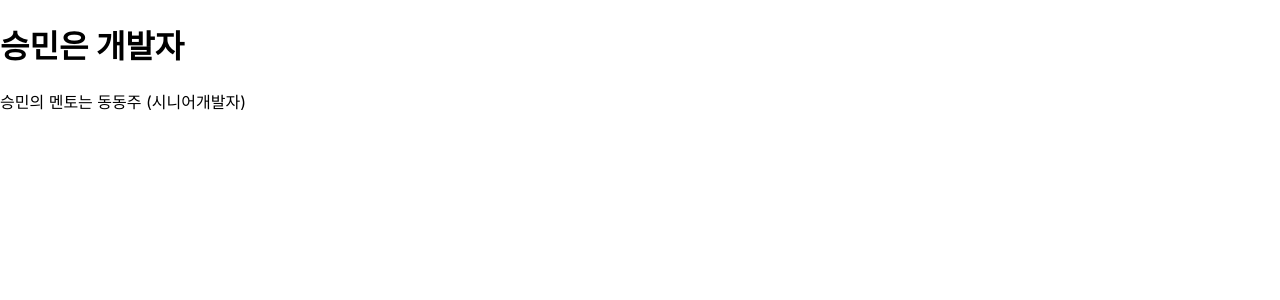
Repository: dnjfht/css-example
Page: /
The author's editor kept a copy of each file at every save. The page is drawn from the files as they stood at one save, then again after the next save.
The browser window is 1280 px wide. The pictures show the whole page.
The project was rebuilt for these pictures with package versions that can differ from the ones it lists, and the page was loaded fresh each time.

Above is the page before, as saved 2023-05-10 09:19:13.

After the next save:
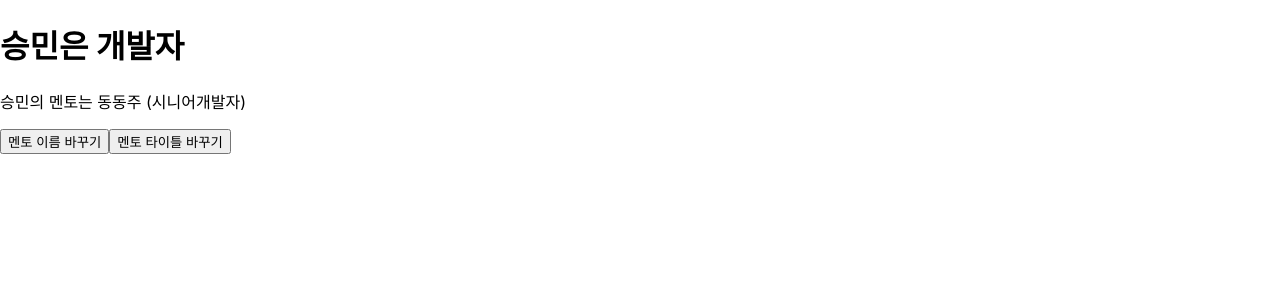
Saved 27 s later.
--- a/src/App.js
+++ b/src/App.js
@@ -17,6 +17,8 @@ export default function App() {
       <p>
         {person.name}의 멘토는 {person.mentor.name} ({person.mentor.title})
       </p>
+      <button>멘토 이름 바꾸기</button>
+      <button>멘토 타이틀 바꾸기</button>
     </div>
   );
 }
